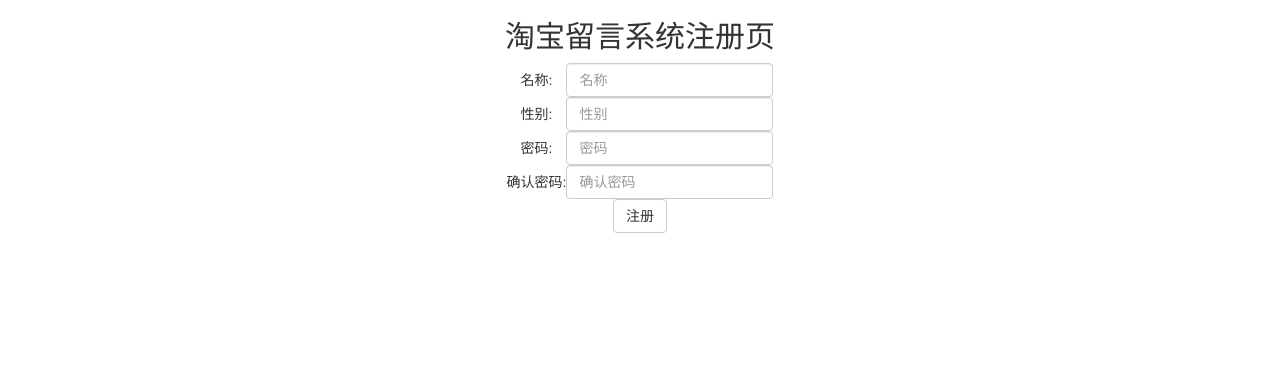
Repository: suxiaohutot/PHP
Page: http://localhost/zhuce.php
The author's editor kept a copy of each file at every save. The page is drawn from the files as they stood at one save, then again after the next save.
The browser window is 1280 px wide. The pictures show the whole page.
The page is run by PHP 8.4 with error messages shown; the project is at /var/www/html/.

Above is the page before, as saved 2019-11-01 06:47:35.

After the next save:
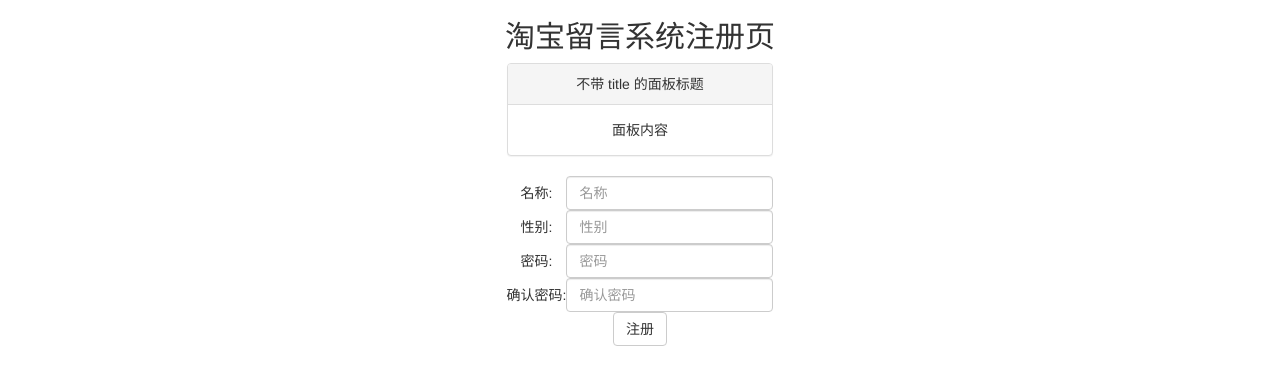
Saved 41 s later.
--- a/test/zhuce.php
+++ b/test/zhuce.php
@@ -14,6 +14,14 @@
     		<div ><h2>淘宝留言系统注册页</h2></div>
     		<div class="form-inline">
     			<div class="form-group">
+    			<div class="panel panel-default">
+	<div class="panel-heading">
+		不带 title 的面板标题
+	</div>
+	<div class="panel-body">
+		面板内容
+	</div>
+</div>
     				<table >
                         <tr>
                         	<td>名称:</td>
